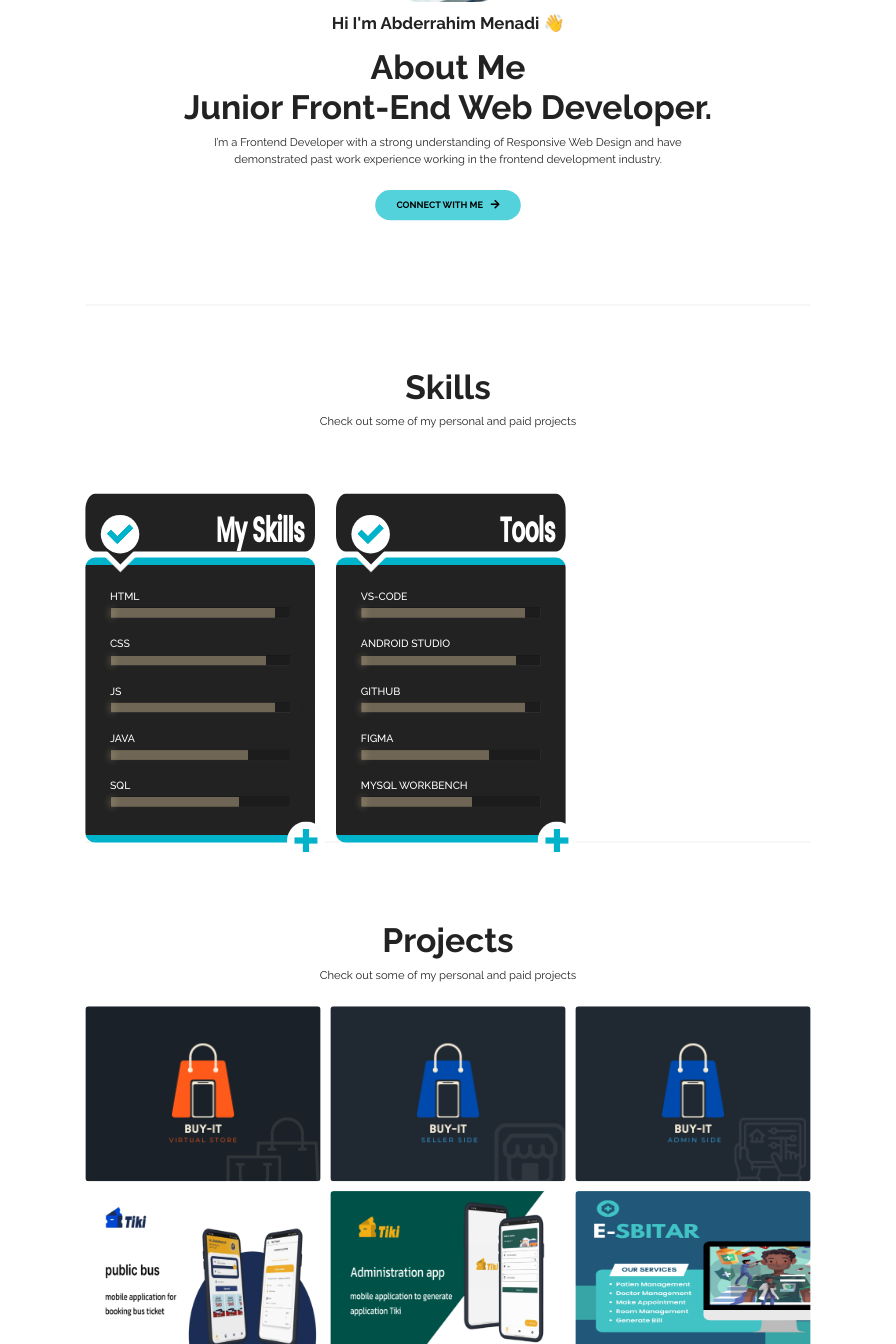
Repository: rahimmenadi/My-Website
Page: index.html
These files come from the project's save history. The page is drawn as it stood at one moment and after the next save; the edit follows.
The browser window is 1280 px wide. The pictures show the part of the page from y = 381 to 2301 px (the page is 2750 px tall), at 70% of full size.

Above is the page before, as saved 2023-06-24 00:14:53.

After the next save:
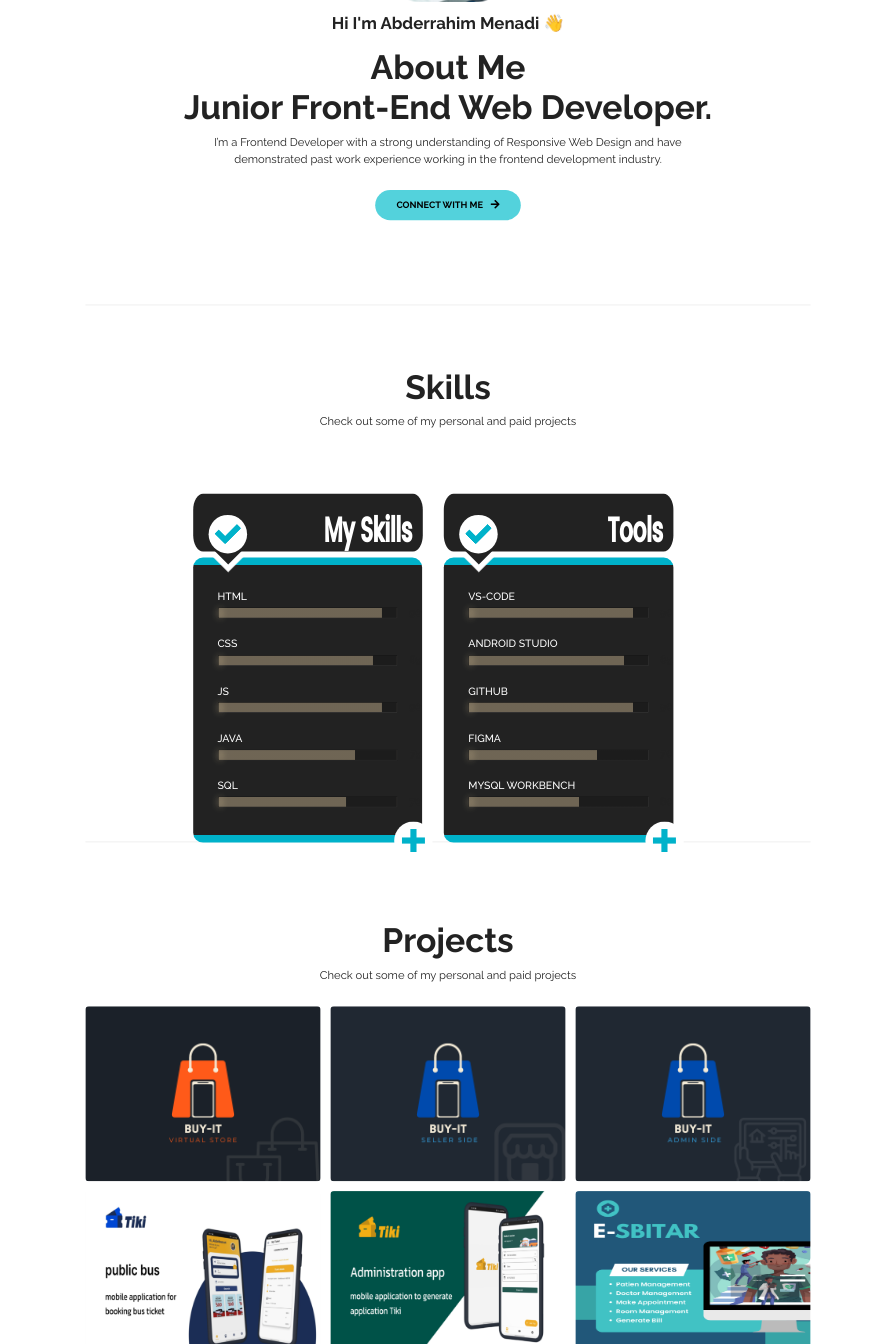
Saved 67 s later.
--- a/css/style.css
+++ b/css/style.css
@@ -369,7 +369,7 @@ body {
    60% { transform: rotate( 0.0deg) }  /* Reset for the last half to pause */
   100% { transform: rotate( 0.0deg) }
 }
-.projectsskills{
+.profile-skills{
   display: flex;
   justify-content: center;
   align-items: center;
